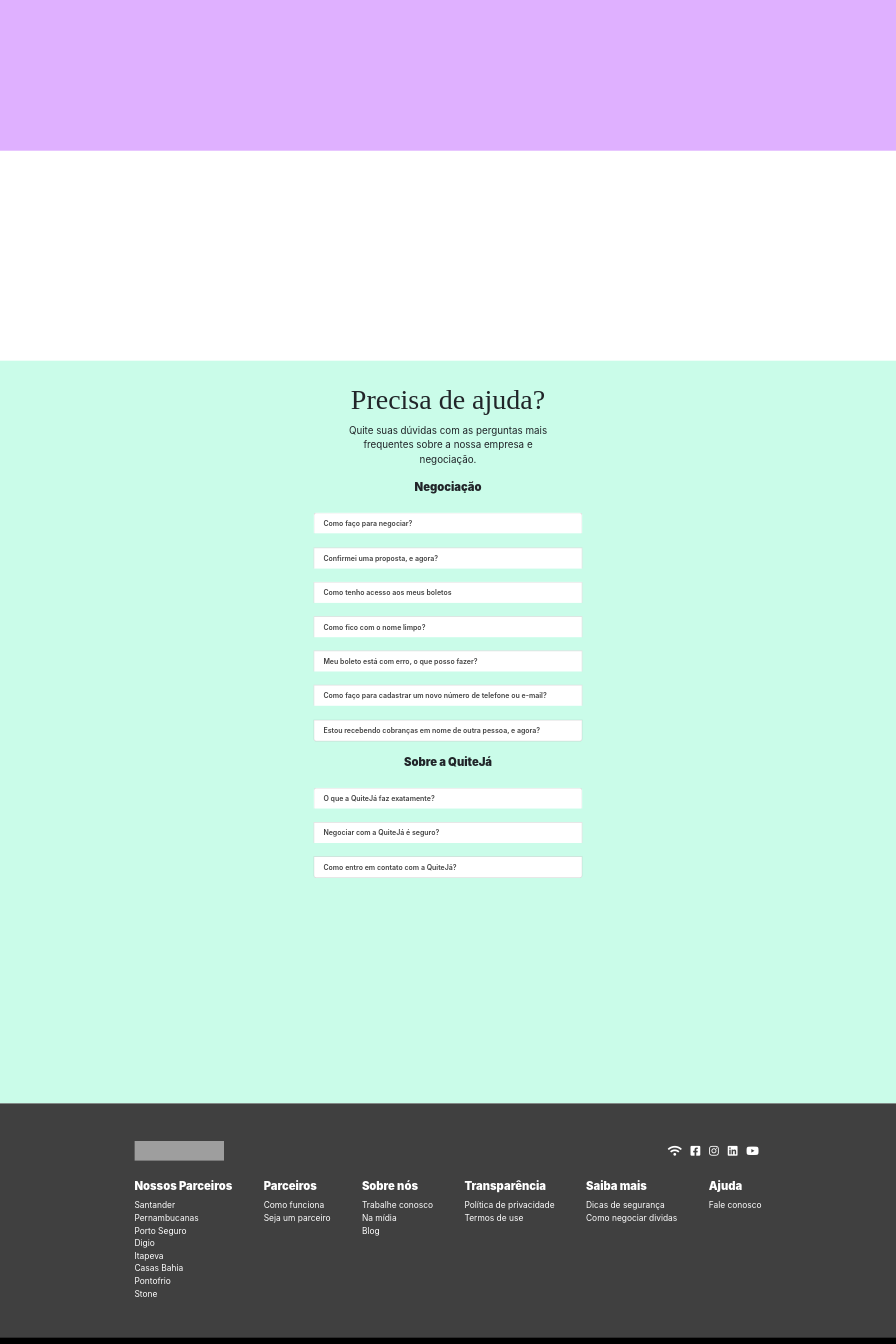
Repository: dasilvaoscar/estudos
Page: Layouts/index.html
The author's editor kept a copy of each file at every save. The page is drawn from the files as they stood at one save, then again after the next save.
The browser window is 1280 px wide. The pictures show the part of the page from y = 3166 to 5086 px (the page is 5111 px tall), at 70% of full size.
Pictures or frames that could not be fetched are drawn as grey boxes. Some web fonts or font styles are not loaded; a fallback is used.

Above is the page before, as saved 2021-01-29 13:00:01.

After the next save:
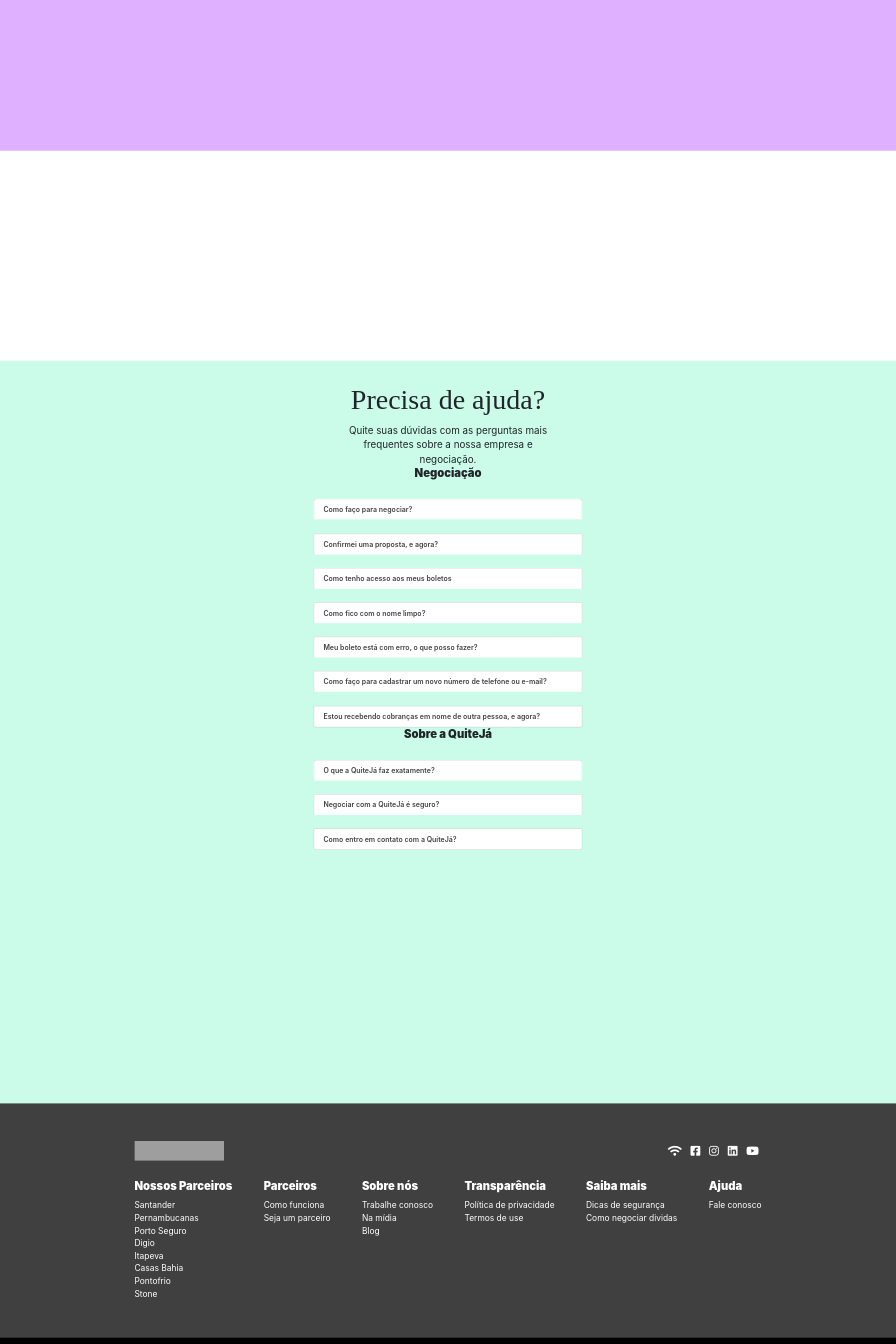
Saved 13 s later.
--- a/Layouts/assets/css/style.css
+++ b/Layouts/assets/css/style.css
@@ -245,7 +245,7 @@ ul.nav-bar-links li:last-child {
 
 .help h6 {
   font-weight: 900;
-  margin-top: 20px;
+  margin-top: 20px auto auto auto;
 }
 
 .accordion {
